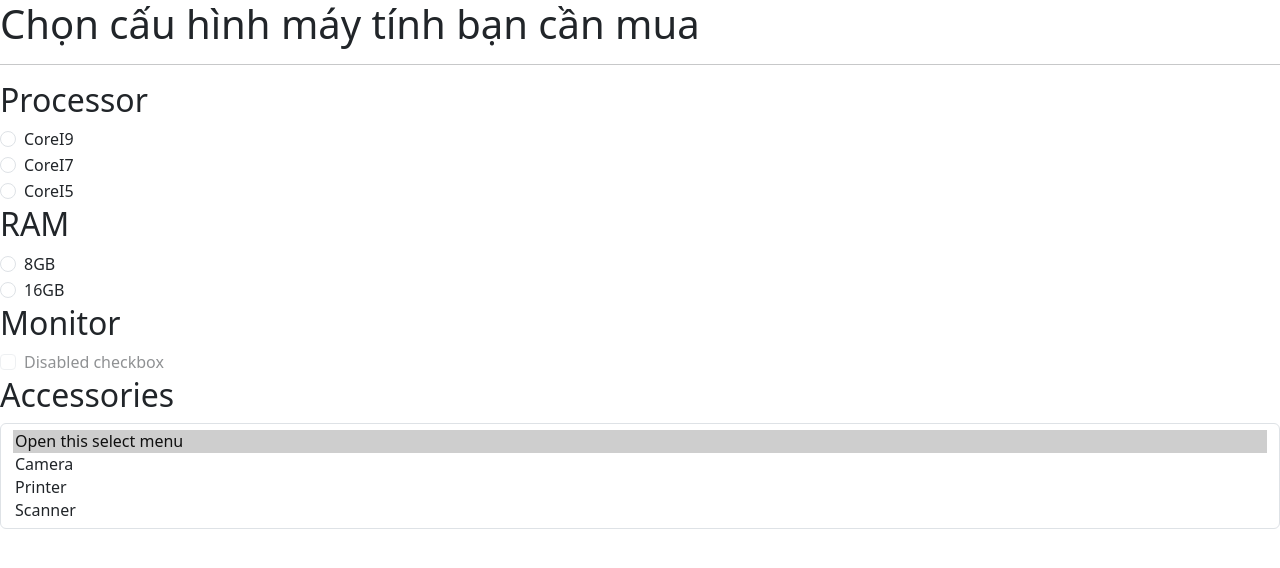
Repository: Vanh260703/Java-Servlet
Page: http://localhost/Bai7/muaMayTinh.jsp
An editor plug-in stored every save of this project. The page is shown before and after the next save, followed by the edit.
The browser window is 1280 px wide. The pictures show the whole page.
The page is served by Tomcat 9.

Above is the page before, as saved 2025-03-04 18:55:24.

After the next save:
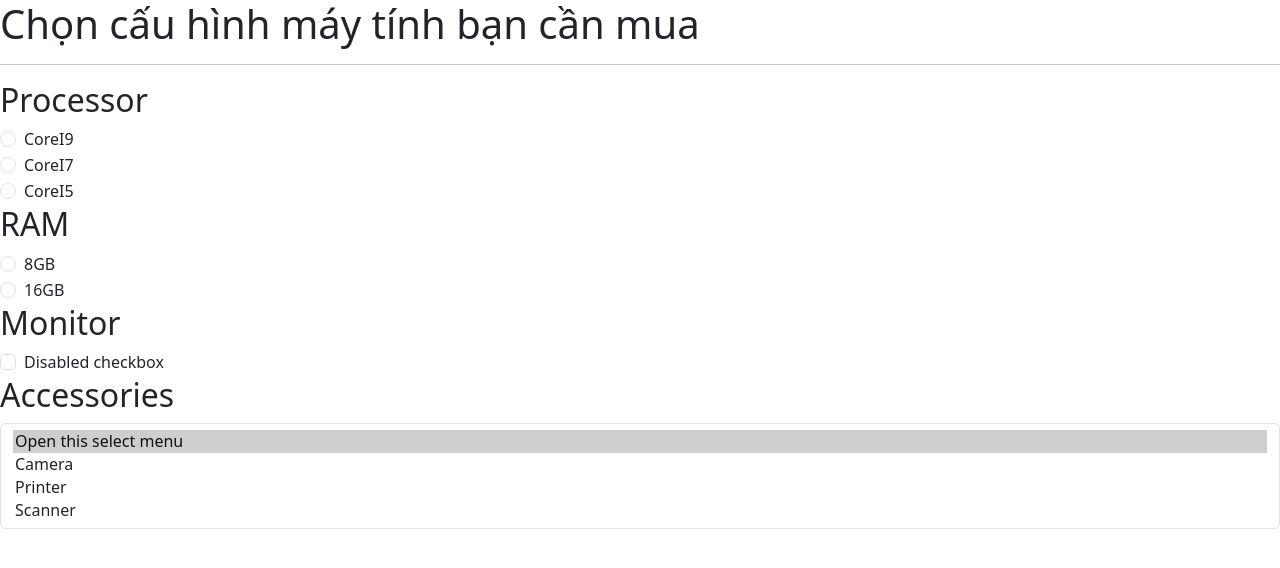
Saved 17 s later.
--- a/Bai7/src/main/webapp/muaMayTinh.jsp
+++ b/Bai7/src/main/webapp/muaMayTinh.jsp
@@ -47,7 +47,7 @@
 </div>
 <h2>Monitor</h2>
 <div class="form-check">
-  <input class="form-check-input" type="checkbox" value="Monitor" id="monitor" disabled>
+  <input class="form-check-input" type="checkbox" value="Monitor" id="monitor" >
   <label class="form-check-label" for="monitor">
     Disabled checkbox
   </label>
